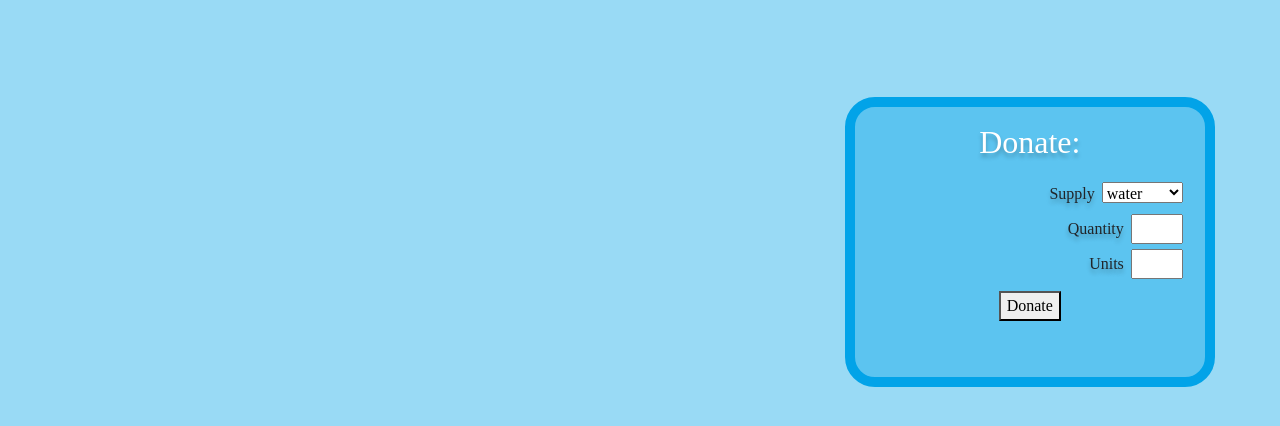
Repository: uprm-inso-4115-2019-2020-S2/semester-project-inso4115-DisasterAid-backend
Page: /donate-modal (app in disaster-aid/)
These files come from the project's save history. The page is drawn as it stood at one moment and after the next save; the edit follows.
The browser window is 1280 px wide. The pictures show the whole page.
The project was rebuilt for these pictures with package versions that can differ from the ones it lists, and the page was loaded fresh each time. Also part of the build but not shown: disaster-aid/angular.json, disaster-aid/src/app/login/login.component.ts, disaster-aid/src/app/register/register.component.ts, disaster-aid/src/app/home/home.component.ts, disaster-aid/src/app/landing-page/landing-page.component.ts, disaster-aid/src/app/donations/donations.component.ts, disaster-aid/src/app/donations.service.ts.

Above is the page before, as saved 2020-05-08 04:25:06.

### disaster-aid/src/index.html
<!doctype html>
<html lang="en">
<head>
  <meta charset="utf-8">
  <title>DisasterAid</title>
  <base href="/">
  <meta name="viewport" content="width=device-width, initial-scale=1">
  <link rel="icon" type="image/x-icon" href="favicon.ico">
</head>
<body>
  <app-root></app-root>
</body>
</html>

### disaster-aid/src/styles.css
/* You can add global styles to this file, and also import other style files */

html { background-color:rgba(2, 163, 232, 0.4); }

### disaster-aid/src/app/app.module.ts
import { BrowserModule } from '@angular/platform-browser';
import { NgModule } from '@angular/core';
import { FormsModule, ReactiveFormsModule } from '@angular/forms';



import { AppRoutingModule } from './app-routing.module';
import { AppComponent } from './app.component';
import { RegisterComponent } from './register/register.component';
import { LoginComponent } from './login/login.component';
import { HttpClientModule } from '@angular/common/http';
import { HomeComponent } from './home/home.component'
import { UserApiService } from './userapi.service';
import { LandingPageComponent } from './landing-page/landing-page.component';
import { DonationsComponent } from './donations/donations.component';


@NgModule({
  declarations: [
    AppComponent,
    RegisterComponent,
    LoginComponent,
    HomeComponent,
    LandingPageComponent,
    DonationsComponent,
  ],
  imports: [
    BrowserModule,
    AppRoutingModule,
    FormsModule,
    ReactiveFormsModule,
    HttpClientModule
  ],
  providers: [UserApiService],
  bootstrap: [AppComponent]
})
export class AppModule { }

### disaster-aid/src/app/app-routing.module.ts
import { NgModule } from '@angular/core';
import { Routes, RouterModule } from '@angular/router';
import {LoginComponent} from './login/login.component';
import { RegisterComponent } from './register/register.component';
import { HomeComponent } from './home/home.component';
import { LandingPageComponent } from './landing-page/landing-page.component';
import { DonationsComponent } from './donations/donations.component';
import { DonateModalComponent} from './donate-modal/donate-modal.component';


const routes: Routes = [
  { path: '', redirectTo: '/landing_page', pathMatch: 'full'}, //Make home the default landing page
  { path: 'register', component: RegisterComponent},
  { path: 'login', component: LoginComponent },
  { path: 'home', component: HomeComponent},
  { path: 'landing_page', component: LandingPageComponent },
  { path: 'my-donations', component: DonationsComponent },
  { path: 'donate-modal', component: DonateModalComponent},

];

@NgModule({
  imports: [RouterModule.forRoot(routes)],
  exports: [RouterModule]
})
export class AppRoutingModule { }

### disaster-aid/src/app/app.component.ts
import { Component } from '@angular/core';

@Component({
  selector: 'app-root',
  templateUrl: './app.component.html',
  styleUrls: ['./app.component.css']
})
export class AppComponent {
  title = 'disaster-aid';
}

### disaster-aid/src/app/userapi.service.ts
import { Injectable } from '@angular/core';
import { HttpClient, HttpErrorResponse, HttpHeaders } from '@angular/common/http';
import { User } from './user';
import { Observable, throwError } from 'rxjs';
import { catchError } from 'rxjs/operators';


@Injectable({
  providedIn: 'root'
})
export class UserApiService {

  constructor(private httpClient:HttpClient) { }

  private _handleError(error: HttpErrorResponse | any) {
    let data = {};
                data = {
                    reason: error && error.error.reason ? error.error.reason : '',
                    status: error.status
                };
                console.error(data);
                return throwError(error);
  }

    public server:String = " http://localhost:5000/";

   public getUsers() : Observable<User[]> {
     return this.httpClient
     .get<User[]>(this.server + "DAD/users")
     .pipe(catchError (this._handleError));
   }

   public getUser(userID : String): Observable<User> {
    return this.httpClient
    .get<User>(this.server + `DAD/users/${userID}`)
    .pipe(catchError (this._handleError));
  }

  public createUser(user: User): Observable<any> {

    const httpOptions = {
      headers: new HttpHeaders ({
        'Content-Type':'application/json',
        'Accept': 'application/json'
      })
    };
    return this.httpClient
    .post(this.server + "DAD/users", user, httpOptions)
    .pipe(catchError (this._handleError));;
  }


}

### disaster-aid/src/app/donate-modal/donate-modal.component.ts
import { Component, OnInit } from '@angular/core';

@Component({
  selector: 'app-donate-modal',
  templateUrl: './donate-modal.component.html',
  styleUrls: ['./donate-modal.component.css']
})
export class DonateModalComponent implements OnInit {

  constructor() { }

  ngOnInit(): void {
  }

}

### disaster-aid/src/app/donate-modal/donate-modal.component.html
<div class="donateBox">
    <p style="font-size: xx-large; text-align: center; padding-top: 3%; color: white;">Donate:</p>
    <!-- <form [formGroup]="loginForm" (ngSubmit)="onSubmit(loginForm.value)"> -->
        <div style="text-align: right; padding-right: 22px;">
            <div>
                <label for="Supply" style="padding-right: 7px;">Supply</label>
                <select id="supply" name="supply">
                    <option value="water">water</option>
                    <option value="food">food</option>
                    <option value="medicine">medicine</option>
                    <option value="clothing">clothing</option>

                </select>
            </div>
            <div>
                <label for="quantity" style="padding-right: 7px;">Quantity</label>
                <input type="number" id="quantity" name="quantity" min="1" max="5">
            </div>
            <div>
                <label for="units" style="padding-right: 7px;">Units</label>
                <input type="number" id="quantity" name="quantity" min="1" max="5">
            </div>
        </div>

        <div style="text-align: center; padding-top: 7px;">
            <button class="button" type="submit">Donate</button>
        </div>
    <!-- </form> -->

    <!-- <div style="text-align: center; padding-top: 5px; font-size: large;">
        <label style="color: white; padding-right: 5px;">Don't have an account?</label>
        <a routerLink="/register" routerLinkActive="active" style="color:#FFBC40 ;">Sign up</a>
    </div> -->

</div>

### disaster-aid/src/app/donate-modal/donate-modal.component.css
.donateBox {
    position: absolute;
    width: 370px;
    height: 290px;
    left: 66%;
    top: 97px;
    background: rgba(2, 163, 232, 0.4);
    border: 10px solid #02A3E8;
    border-radius: 30px;
    font-family: 'Fredoka One', cursive;
    font-family: 'Gochi Hand', cursive;
    text-shadow: 0px 4px 4px rgba(0, 0, 0, 0.25);
}

Loaded but not shown: disaster-aid/src/main.ts (common file); disaster-aid/src/environments/environment.ts (common file); disaster-aid/src/app/app.component.html (common file); disaster-aid/src/app/app.component.css (no stored copy; drawn as an empty file)

After the next save:
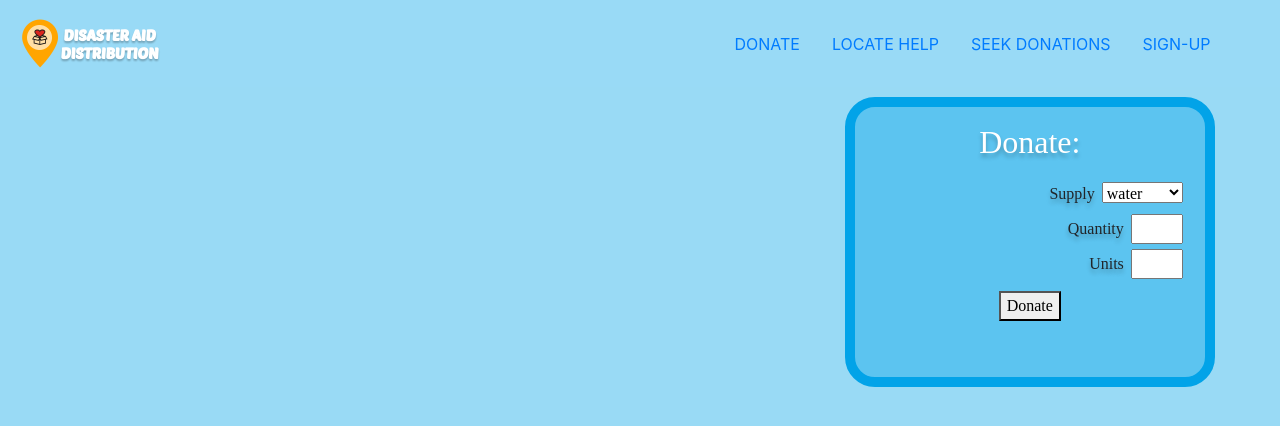
Saved 69 s later.
--- a/disaster-aid/src/app/donate-modal/donate-modal.component.html
+++ b/disaster-aid/src/app/donate-modal/donate-modal.component.html
@@ -1,3 +1,21 @@
+<nav class="navbar navbar-light" style="background-color: rgba(2, 163, 232, 0.4);">
+    <a class="navbar-brand mr-1" href="#"><img src="/assets/DAD_logo.png" style="width: 50%;"></a>
+    <ul class="nav navbar-justified navbar-right ml-auto" style="margin-right: 3%;">
+        <li class="nav-item">
+            <a class="nav-link menuItem" routerLink="/my-donations"  >DONATE</a>
+        </li>
+        <li class="nav-item">
+            <a class="nav-link menuItem"  href="#">LOCATE HELP</a>
+        </li>
+        <li class="nav-item">
+            <a class="nav-link menuItem" href="#">SEEK DONATIONS</a>
+        </li>
+        <li class="nav-item">
+            <a class="nav-link menuItem"  routerLink="/register" routerLinkActive="active">SIGN-UP</a>
+        </li>
+    </ul>
+</nav>
+
 <div class="donateBox">
     <p style="font-size: xx-large; text-align: center; padding-top: 3%; color: white;">Donate:</p>
     <!-- <form [formGroup]="loginForm" (ngSubmit)="onSubmit(loginForm.value)"> -->
